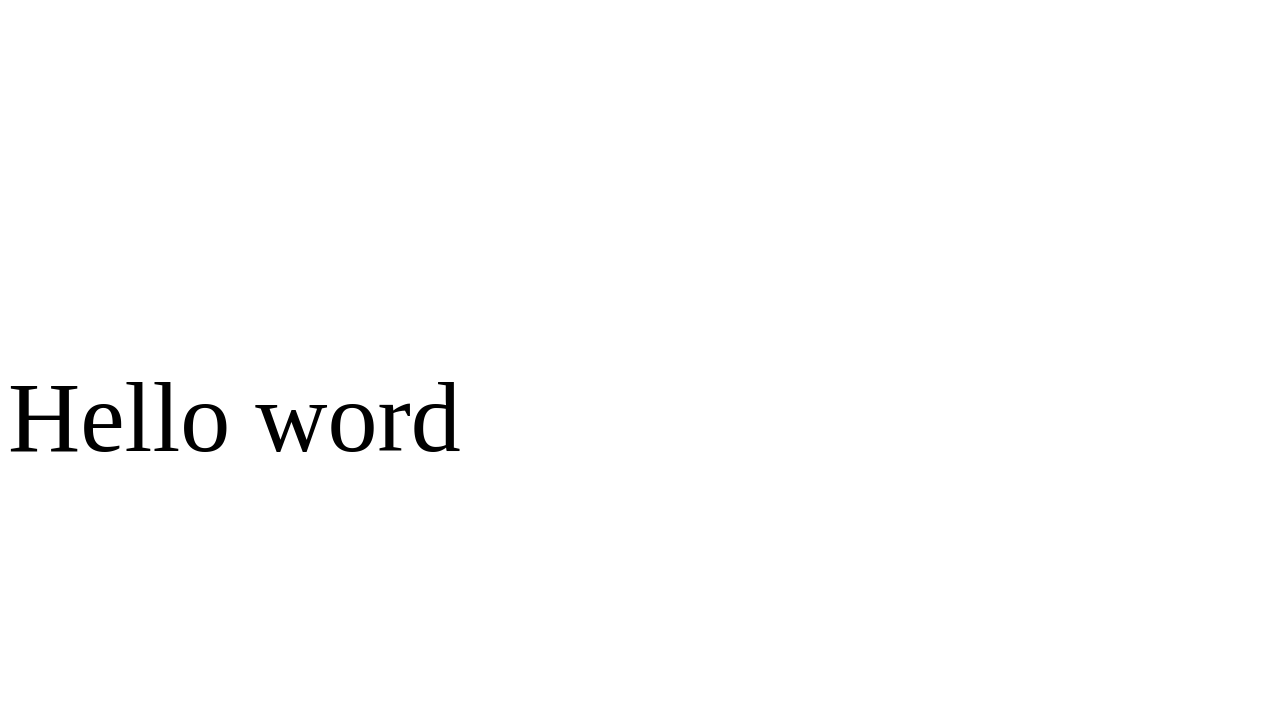
Repository: trantu2000/helloword
Page: index.html
These files come from the project's save history. The page is drawn as it stood at one moment and after the next save; the edit follows.
The browser window is 1280 px wide. The pictures show the whole page.

Above is the page before, as saved 2022-11-19 21:34:29.

### index.html
<!DOCTYPE html>
<html lang="en">

<head>
    <meta charset="UTF-8">
    <meta http-equiv="X-UA-Compatible" content="IE=edge">
    <meta name="viewport" content="width=device-width, initial-scale=1.0">
    <title>Hello word</title>
    <link rel="stylesheet" href="./index.css">
</head>

<body>
    <div class="container">
        <div class="title">
            Hello word
        </div>
    </div>

</body>

</html>

### index.css
.container {
    display: flex;
    justify-content: center;
    align-items: center;
    text-align: center;
    top: 50%;

    position: absolute;
}

.title {

    font-size: 100px;

}

After the next save:
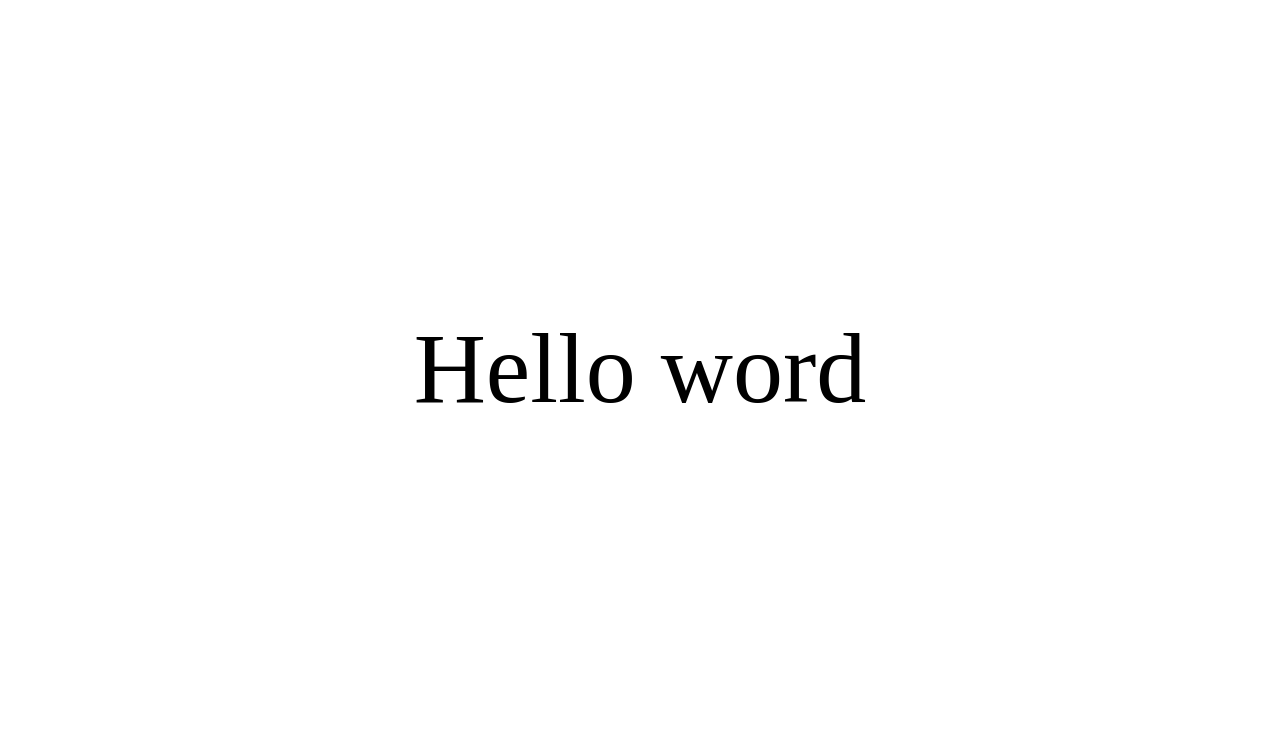
Saved 28 s later.
--- a/index.css
+++ b/index.css
@@ -1,15 +1,8 @@
-.container {
+.title {
     display: flex;
     justify-content: center;
     align-items: center;
     text-align: center;
-    top: 50%;
-
-    position: absolute;
+    min-height: 100vh;
+    font-size: 100px;
 }
-
-.title {
-
-    font-size: 100px;
-
-}
